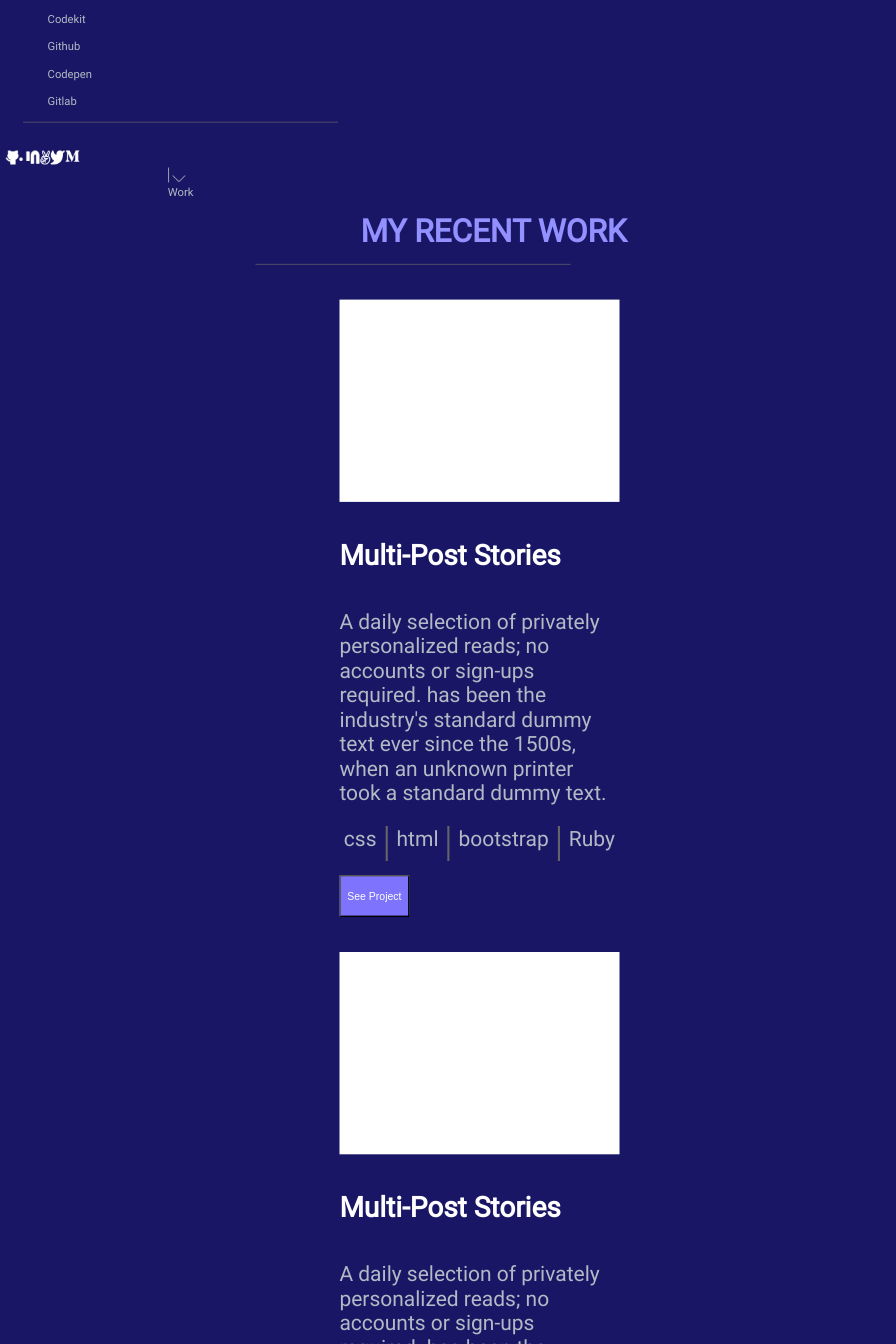
Repository: mustabbas/Portfolio
Page: index.html
The author's editor kept a copy of each file at every save. The page is drawn from the files as they stood at one save, then again after the next save.
The browser window is 1280 px wide. The pictures show the part of the page from y = 810 to 2730 px (the page is 5931 px tall before and 5945 px after), at 70% of full size.

Above is the page before, as saved 2021-08-17 18:18:59.

### index.html
<!DOCTYPE html>
<html lang="en">
<head>
    <meta charset="UTF-8">
    <meta name="viewport" content="width=device-width, initial-scale=1.0">
    <meta http-equiv="X-UA-Compatible" content="ie=edge">
    <link rel="stylesheet" href="style.css"/>
    <title>Mustafa Portfolio</title>
</head>
<body>
    <section class="container">
        <header class="header">
            <a href="#"><h2>Mustafa Abbas</h2></a>
            <nav class="humberger">
            <img  src="./assets/img/humberger.png" alt="humberger"/>
            <img  src="./assets/img/humberger.png" alt="humberger"/>
            <img  src="./assets/img/humberger.png" alt="humberger"/>
            </nav>
            <ul class="main-nav">
                <li><a href="#">Portoflio</a></li>
                <li><a href="#">About</a></li>
                <li><a href="#">Contact</a></li>
                <li ><a href="#"><img class="email-pic" src="./assets/img/Icon-Mail.png" alt="email"/></a></li >
            </ul>
        </header>
        <div class="head-wraper">
            <div class="title-wraper">
                <h1>Mustafa Abbas</h1>
                <h2>Software Developer</h2>
            </div>
        </div>
        <div class="box"><p>I can help you build a product , feature or website Look through some of my work and experience! If you like what you see and have a project you need coded,  don’t hestiate to contact me.</p></div>
        <div class="line"></div>
        <div class="skills">
        <ul>
            <li>Language</li>
            <li>Javascript</li>
            <li>Ruby</li>
            <li>Html</li>
            <li>Css</li>
        </ul>
        <ul>
            <li>Frameworks</li>
            <li>Ruby on Rails</li>
            <li>Bootstrap</li>
            <li>RSPec</li>
            <li>CapyBara</li>
        </ul>
        <ul>
            <li>Skills</li>
            <li>Codekit</li>
            <li>Github</li>
            <li>Codepen</li>
            <li>Gitlab</li>
        </ul>
      </div>
      <div class="line"></div>
      <div class="footer-nav">
        <div class="vector-container">
            <ul>
                <li><img src="./assets/img/Vector-github.png" alt="Vector-github"/></li>
                <li>
                    <div class="linked-container">
                            <div>
                                    <img src="./assets/img/Vector-dot-linkedin.png" alt="Vector-dot-linkedin"/>
                                    <img src="./assets/img/Vector-line-linkedin.png" alt="Vector-line-linkedin"/>
                            </div>
                            <img id="vector2" src="./assets/img/Vector-n-linkedin.png" alt="Vector-n-linkedin"/>
                     </div>
                </li>
                <li> <img src="./assets/img/Vector.png" alt="Vector"/></li>
                <li><img src="./assets/img/Vector-twitter.png" alt="Vector-twitter"/></li>
                <li> <img src="./assets/img/Vector-M.png" alt="Vector-M"/></li>
            </ul>

         </div>
         <div class="work-container">
        <div class="arrow-container">
        <img src="./assets/img/Vector-line-arrow.png" alt="Vector-line-arrow"/>
        <img src="./assets/img/Vector-arrow.png" alt="Vector-arrow"/>
        </div>
        <span>Work</span>
        </div>
    </div>
    </section>

    <section class="recent-work">
    <h3>My recent work</h3>
    <div class="line"></div>
    <div class="card">
       <img src="./assets/img/Placeholder.png" alt="Placeholder"/>
       <div class="card-body">
           <h4>Multi-Post Stories</h4>
           <p>A daily selection of privately personalized reads; no accounts or sign-ups required. has been the industry's standard dummy text ever since the 1500s, when an unknown printer took a standard dummy text.</p>
            <ul>
                <li>css</li>
                <li class="vertical-line"></li>
                <li>html</li>
                <li class="vertical-line"></li>
                <li>bootstrap</li>
                <li class="vertical-line"></li>
                <li>Ruby</li>
            </ul>
            <button class="button">See Project</button>
       </div>
    </div>
    <div class="card">
        <img src="./assets/img/Placeholder.png" alt="Placeholder"/>
        <div class="card-body">
            <h4>Multi-Post Stories</h4>
            <p>A daily selection of privately personalized reads; no accounts or sign-ups required. has been the industry's standard dummy text ever since the 1500s, when an unknown printer took a standard dummy text.</p>
             <ul>
                 <li>css</li>
                 <li class="vertical-line"></li>
                 <li>html</li>
                 <li class="vertical-line"></li>
                 <li>bootstrap</li>
                 <li class="vertical-line"></li>
                 <li>Ruby</li>
             </ul>
             <button class="button">See Project</button>
        </div>
     </div>
     <div class="card">
        <img src="./assets/img/Placeholder.png" alt="Placeholder"/>
        <div class="card-body">
            <h4>Multi-Post Stories</h4>
            <p>A daily selection of privately personalized reads; no accounts or sign-ups required. has been the industry's standard dummy text ever since the 1500s, when an unknown printer took a standard dummy text.</p>
             <ul>
                 <li>css</li>
                 <li class="vertical-line"></li>
                 <li>html</li>
                 <li class="vertical-line"></li>
                 <li>bootstrap</li>
                 <li class="vertical-line"></li>
                 <li>Ruby</li>
             </ul>
             <button class="button">See Project</button>
        </div>
     </div>
     <div class="card">
        <img src="./assets/img/Placeholder.png" alt="Placeholder"/>
        <div class="card-body">
            <h4>Multi-Post Stories</h4>
            <p>A daily selection of privately personalized reads; no accounts or sign-ups required. has been the industry's standard dummy text ever since the 1500s, when an unknown printer took a standard dummy text.</p>
             <ul>
                 <li>css</li>
                 <li class="vertical-line"></li>
                 <li>html</li>
                 <li class="vertical-line"></li>
                 <li>bootstrap</li>
                 <li class="vertical-line"></li>
                 <li>Ruby</li>
             </ul>
             <button class="button">See Project</button>
        </div>
     </div>
    </section>

    <section class="card-container">
        <div class="card">
        <div class="card-body">
        <h3>CONTACT US</h3>
        <p>If you have an application you are interested in developing, a feature that you need built or a project that needs coding. I’d love to help with it </p>
        <form>
        <input type="text" placeholder="Text Input" maxlength="30" required/>
        <input type="email" placeholder="jeremy@gmail.com" required/>
        <textarea rows="15" cols="48" placeholder="Enter text here" maxlength="500" required></textarea>
        <button class="button btn">See Project</button>
        </form>
        </div>
        <div class="footer-nav">
            <div class="work-container upper">
            <span>Work</span>
            <div class="arrow-container">
            <img src="./assets/img/Vector-line-arrow.png" alt="Vector-line-arrow"/>
            <img src="./assets/img/Vector-arrow.png" alt="Vector-arrow"/>
             </div>
            </div>
            <div class="vector-container">
                <ul>
                    <li><img src="./assets/img/Vector-github.png" alt="Vector-github"/></li>
                    <li>
                        <div class="linked-container">
                            <div>
                                <img src="./assets/img/Vector-dot-linkedin.png" alt="Vector-dot-linkedin"/>
                                <img src="./assets/img/Vector-line-linkedin.png" alt="Vector-line-linkedin"/>
                          </div>
                                <img src="./assets/img/Vector-n-linkedin.png" alt="Vector-n-linkedin"/>
                         </div>
                    </li>
                    <li> <img src="./assets/img/Vector.png" alt="Vector"/></li>
                    <li><img src="./assets/img/Vector-twitter.png" alt="Vector-twitter"/></li>
                    <li> <img src="./assets/img/Vector-M.png" alt="Vector-M"/></li>
                </ul>

             </div>
            <span>emailhere@email.com</span>
        </div>
    </div>
    </section>


</body>
</html>

### style.css
@font-face {
  font-family: 'roboto';
  src: url(assets/font/Roboto/Roboto-Regular.ttf);
}

body {
  background-color: #191765;
  font-family: 'roboto', sans-serif;
}

ul {
  margin: 0;
  padding: 0;
  list-style: none;
}

h1 {
  color: #9390ff;
}

p,
h2,
td,
li,
a,
span {
  color: #b3bac5;
}

.header {
  display: flex;
  justify-content: space-around;
  align-items: center;
}

.header a {
  text-decoration: none;
}

.main-nav {
  display: flex;
}

.main-nav a {
  display: block;
  padding: 1em;
  text-decoration: none;
}

.head-wraper {
  display: flex;
  justify-content: center;
  align-items: center;
  background-image: url("./assets/img/circle1header.svg");
  background-repeat: no-repeat;
  background-position: -160px -50px;
}

.title-wraper {
  flex-direction: column;
  justify-content: center;
}

.title-wraper h1 {
  font-size: 3rem;
}

.title-wraper h2 {
  font-size: 2rem;
  margin-top: 0;
}

.container {
  display: flex;
  flex-direction: column;
  justify-content: center;
  align-items: center;
  width: 500px;
}

.box {
  min-width: 450px;
  width: 33.333%;
  margin: 50px;
}

.box p {
  font-size: 20px;
  font-weight: 300;
  text-align: center;
  color: #b3bac5;
}

.line {
  min-width: 450px;
  width: 33.333%;
  border-bottom: 1px solid #646369;
}

.skills {
  display: flex;
  justify-content: space-between;
  flex-wrap: wrap;
  width: 500px;
  background-image: url("./assets/img/circle1header.svg");
  background-repeat: no-repeat;
  background-position: 400px 10px;
}

.skills ul {
  width: 40%;
  margin-top: 20px;
  margin-left: 40px;
}

.skills li {
  margin: 20px;
}

.skills ul li:first-child {
  color: #9390ff;
}

.email-pic {
  color: #b3bac5;
}

 .footer-nav {
  display: flex;
  flex-direction: column;
  justify-content: space-around;
  align-items: center;
  margin-top: 40px;
}

.vector-container ul {
  width: 500px;
  display: flex;
}

.linked-container {
  display: flex;
}

/* .linked-container div {
  display: flex;
  flex-direction: column;
} */

/*
.work-container .work-container2 {
  display: flex;
  justify-content: space-around;
}

.vector-container img {
  margin-left: 10px;
}

.arrow-container {
  display: flex;
  flex-direction: column;
  align-items: flex-start;
  margin-right: 10px;
}

.arrow-container img:first-child {
  margin-left: 9px;
}

.arrow-container img:last-child {
  margin-top: -8px;
}

#vector2 {
  margin-left: auto;
} */

h3 {
  font-size: 45px;
  color: #9390ff;
  margin: 20px;
  text-transform: uppercase;
  margin-left: 150px;
}

.recent-work {
  display: grid;
  grid-template-columns: auto;
  grid-template-rows: auto;
  justify-content: center;
}

.card-container {
  display: grid;
  grid-template-columns: auto;
  grid-template-rows: auto;
  justify-content: center;
}

.card {
  display: flex;
  flex-direction: column;
  width: 400px;
  margin-left: 120px;
  margin-top: 50px;
}

.card-body h4 {
  font-size: 40px;
  color: #fff;
}

.card-body p {
  font-size: 30px;
  text-align: left;
}

.card-body h3 {
  font-size: 45px;
  color: #9390ff;
  margin: 20px;
  text-transform: uppercase;
}

.card-body ul {
  display: flex;
  justify-content: space-around;
  font-size: 30px;
  text-align: left;
}

.vertical-line {
  height: 50px;
  border-right: 3px solid #646369;
}

.button {
  background-color: #7d73fc;
  width: 100px;
  height: 60px;
  color: #fff;
  font-size: 15px;
  margin-top: 20px;
}

.button:hover {
  box-shadow: 0 8px 16px rgba(125, 115, 252, 0.48);
}

input {
  width: 100%;
  height: 60px;
  padding: 12px 20px;
  margin: 8px 0;
  display: inline-block;
  border: 1px solid #ccc;
  border-radius: 4px;
  box-sizing: border-box;
  margin-bottom: 30px;
}

textarea::placeholder {
  font-size: 20px;
  padding: 20px;
}

.btn {
  margin-left: 150px;
  margin-top: 30px;
}

@media only screen and (max-width: 500px) {
  .header {
    width: 500px;
    justify-content: space-around;
  }

  .header ul {
    display: none;
  }

  .main-nav {
    flex-direction: column;
  }

  .head-wraper {
    width: 500px;
  }

  .head-wraper img {
    margin-left: -200px;
  }

  .right {
    margin-right: -100px;
  }

  .container img {
    margin-right: -500px;
  }

  .humberger {
    display: flex;
    flex-direction: column;
    justify-content: space-between;
  }

  .humberger img {
    width: 33.33px;
    height: 3px;
    margin: 5px;
    background-color: #b3bac5;
  }


  .upper {
    display: none !important;
  }

  .work-container {
    display: flex;
    margin-top: 30px;
  }
}

After the next save:
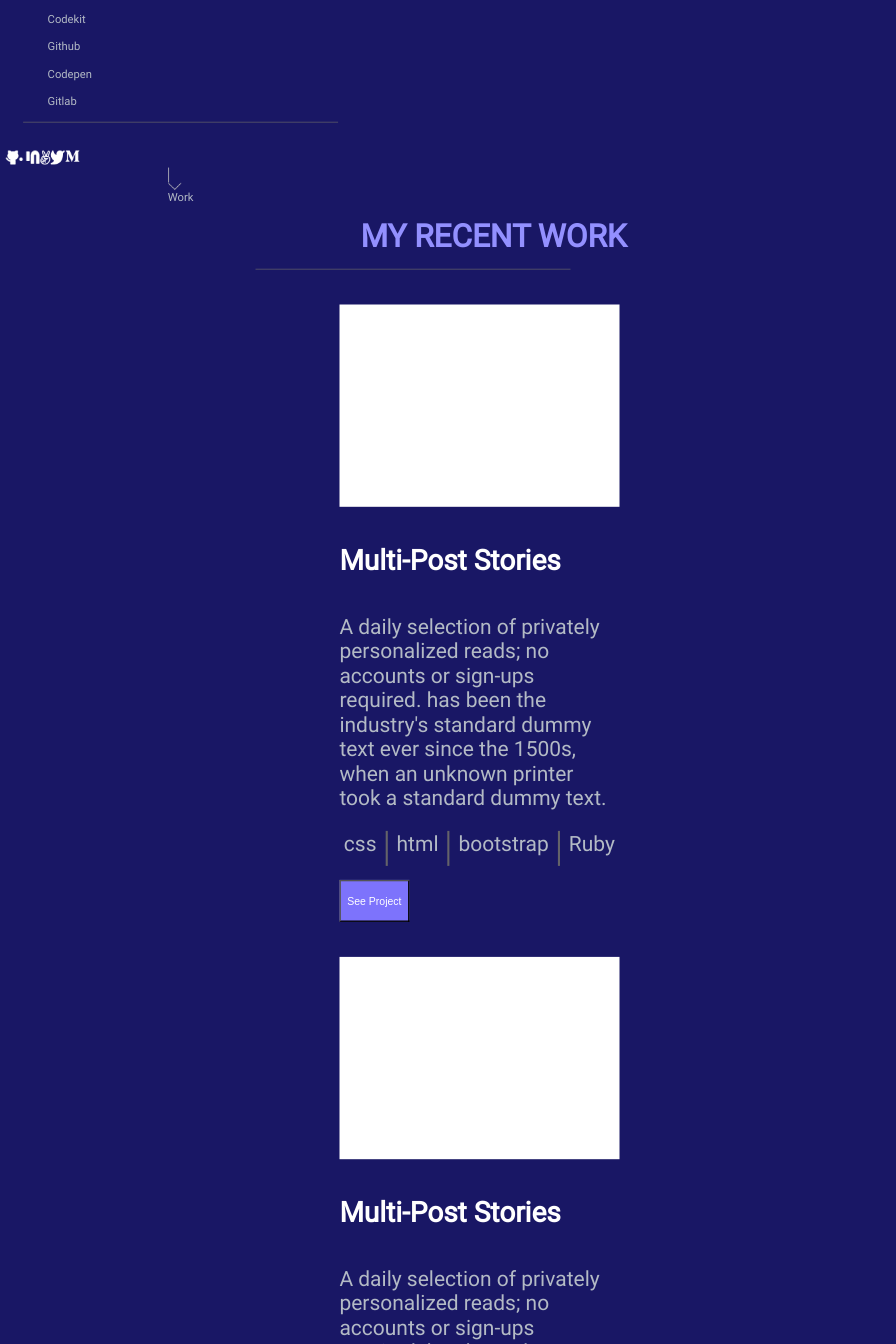
Saved 49 s later.
--- a/style.css
+++ b/style.css
@@ -141,7 +141,12 @@ span {
 .linked-container {
   display: flex;
 }
-
+.arrow-container {
+  display: flex;
+  flex-direction: column;
+  align-items: flex-start;
+  margin-right: 10px;
+}
 /* .linked-container div {
   display: flex;
   flex-direction: column;
